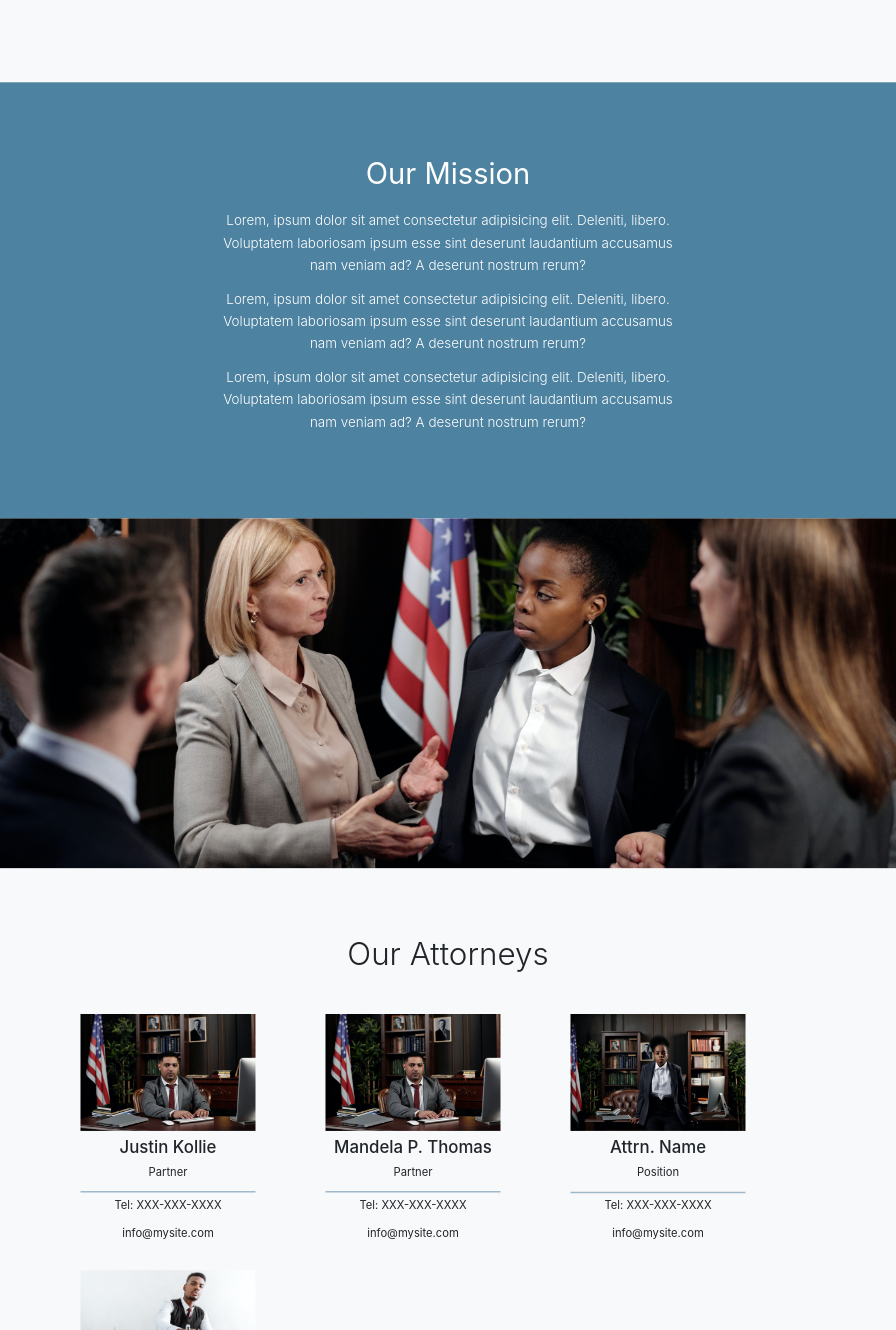
Repository: just-mann/kolllie-kolliellp
Page: index.html
An editor plug-in stored every save of this project. The page is shown before and after the next save, followed by the edit.
The browser window is 1280 px wide. The pictures show the part of the page from y = 1332 to 3232 px (the page is 4922 px tall before and 4556 px after), at 70% of full size.
Pictures or frames that could not be fetched are drawn as grey boxes. Backgrounds fixed to the window are drawn as part of the page.

Above is the page before, as saved 2021-06-02 05:34:27.

After the next save:
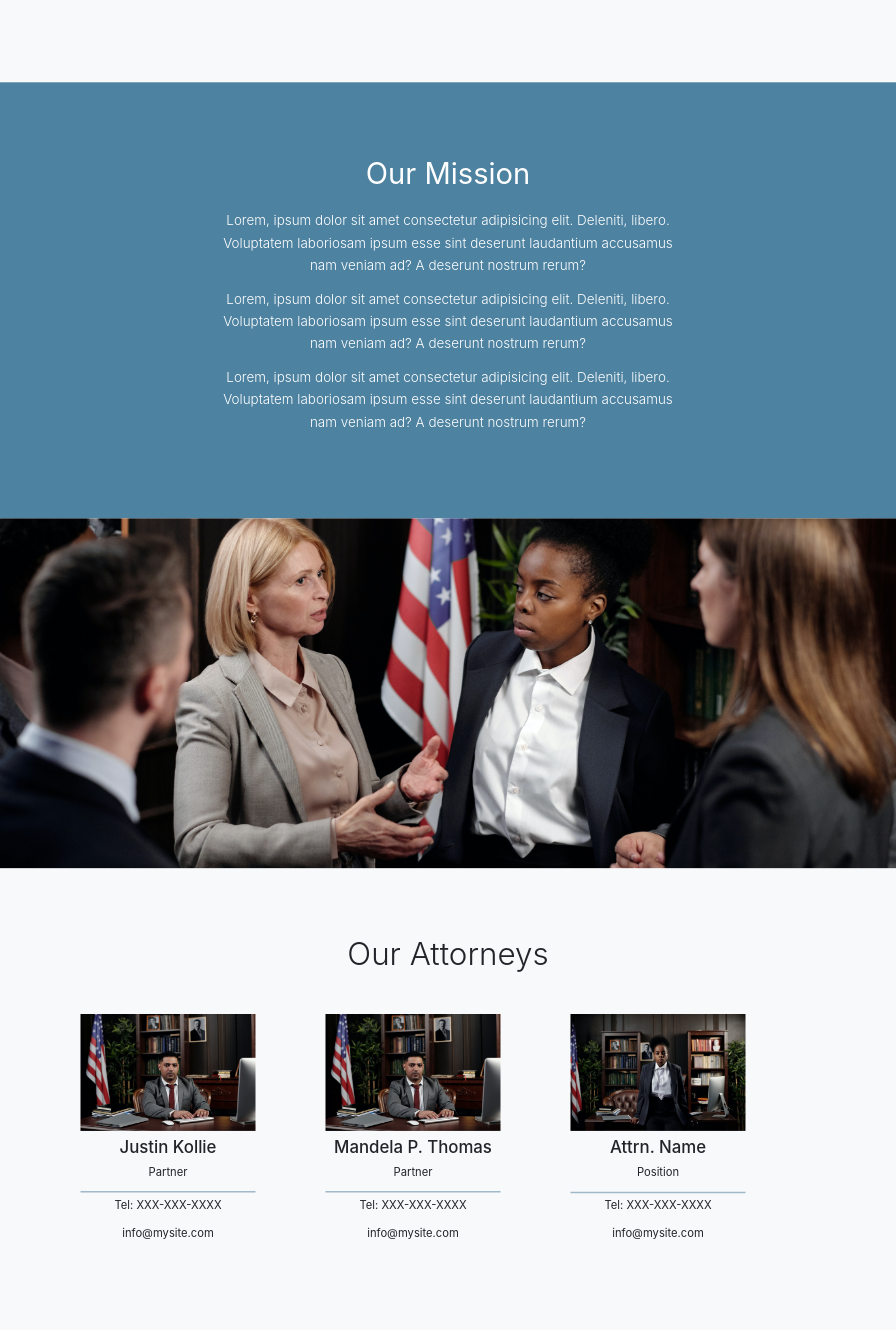
Saved 114 s later.
--- a/index.html
+++ b/index.html
@@ -118,17 +118,6 @@
                         <p>info@mysite.com</p>
                     </div>
                 </div>
-                <div class="attCard">
-                    <img src="/assets/images/attrny3.jpg" alt="att3">
-                    <div class="firstDiv">
-                        <h4>Attrn. Name</h4>
-                        <p>Position</p>
-                    </div>
-                    <div class="secondDiv">
-                        <p>Tel: XXX-XXX-XXXX</p>
-                        <p>info@mysite.com</p>
-                    </div>
-                </div>
             </div>
         </div>
     </section>
